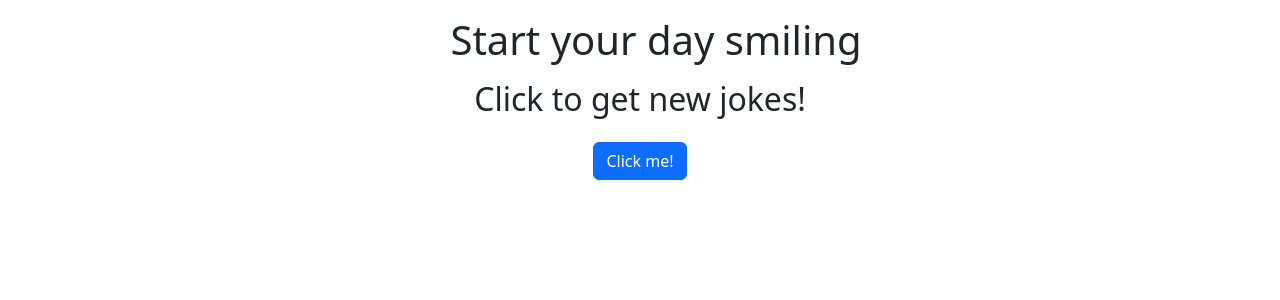
Repository: danieltikamori/wdb
Page: projects/Joke Machine/index.html
The author's editor kept a copy of each file at every save. The page is drawn from the files as they stood at one save, then again after the next save.
The browser window is 1280 px wide. The pictures show the whole page.
Some web libraries are served in a nearby version.

Above is the page before, as saved 2023-01-28 18:09:23.

After the next save:
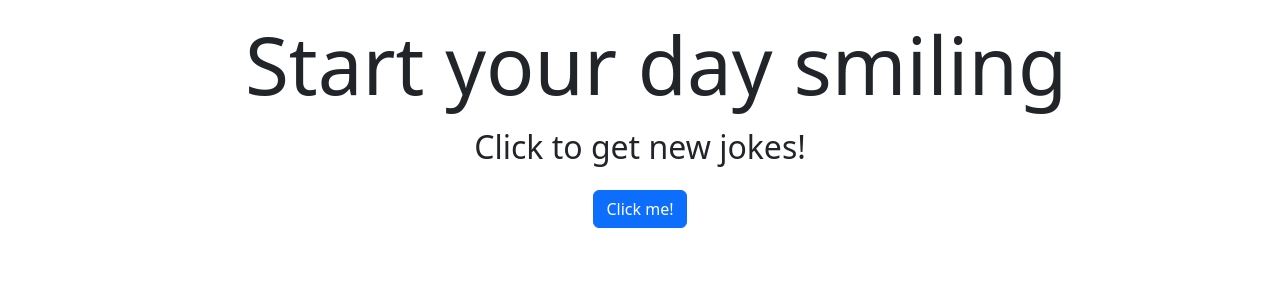
Saved 92 s later.
--- a/projects/Joke Machine/index.html
+++ b/projects/Joke Machine/index.html
@@ -9,7 +9,7 @@
 </head>
 <body>
   <div class="container text-center">
-    <h1 class="m-3 container-fluid">Start your day smiling</h1>
+    <h1 class="m-3 container-fluid display-1">Start your day smiling</h1>
     <h2 class="container-fluid">Click to get new jokes!</h2>
     <button id="jokeButton" class="btn btn-primary m-3">Click me!</button>
     <ul id="jokes"></ul>
